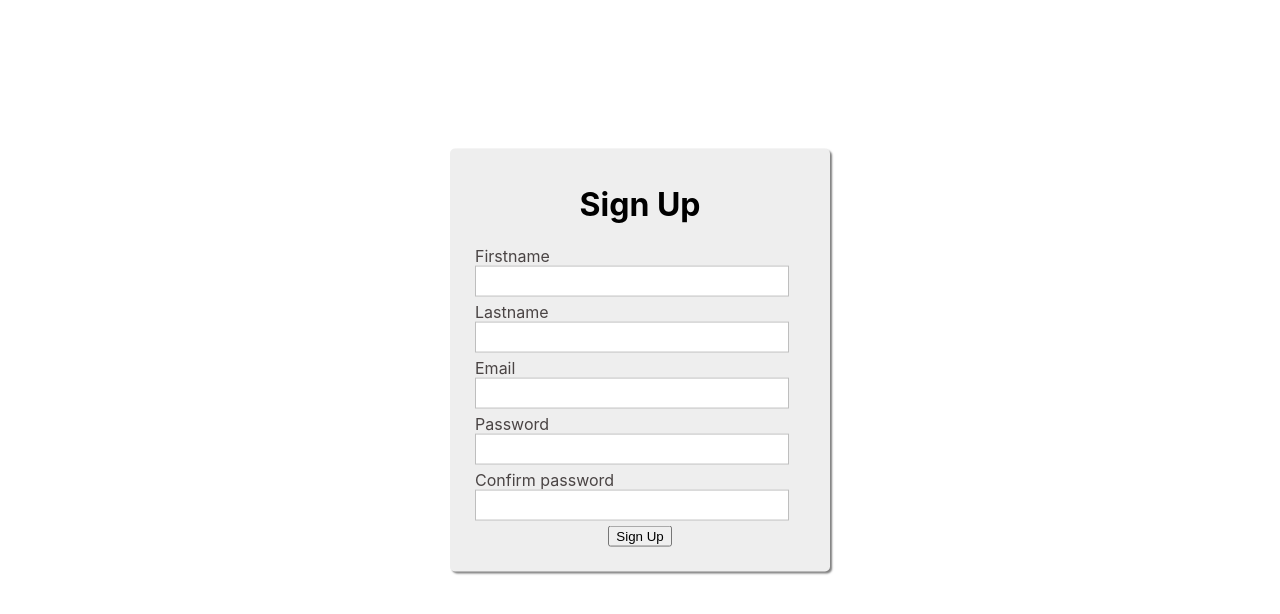
Repository: khamraeva/JSP-homework1-sighup
Page: /
An editor plug-in stored every save of this project. The page is shown before and after the next save, followed by the edit.
The browser window is 1280 px wide. The pictures show the whole page.
The project was rebuilt for these pictures with package versions that can differ from the ones it lists, and the page was loaded fresh each time. Also part of the build but not shown: src/App.css.

Above is the page before, as saved 2020-07-22 17:17:13.

After the next save:
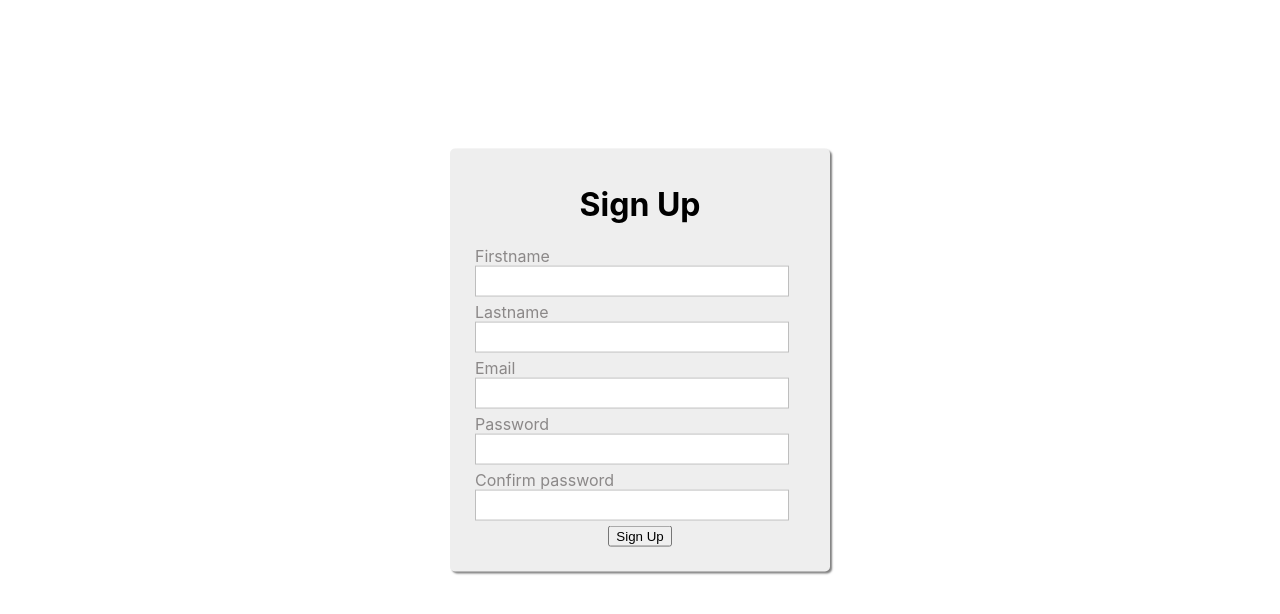
Saved 15 s later.
--- a/src/Components/SignUp/SignUp.css
+++ b/src/Components/SignUp/SignUp.css
@@ -18,7 +18,7 @@
     margin: 10px;
 }
 .signup-form label {
-    color: rgb(74, 68, 68);
+    color: rgba(74, 68, 68, .6);
 }
 .input {
     display: block;
